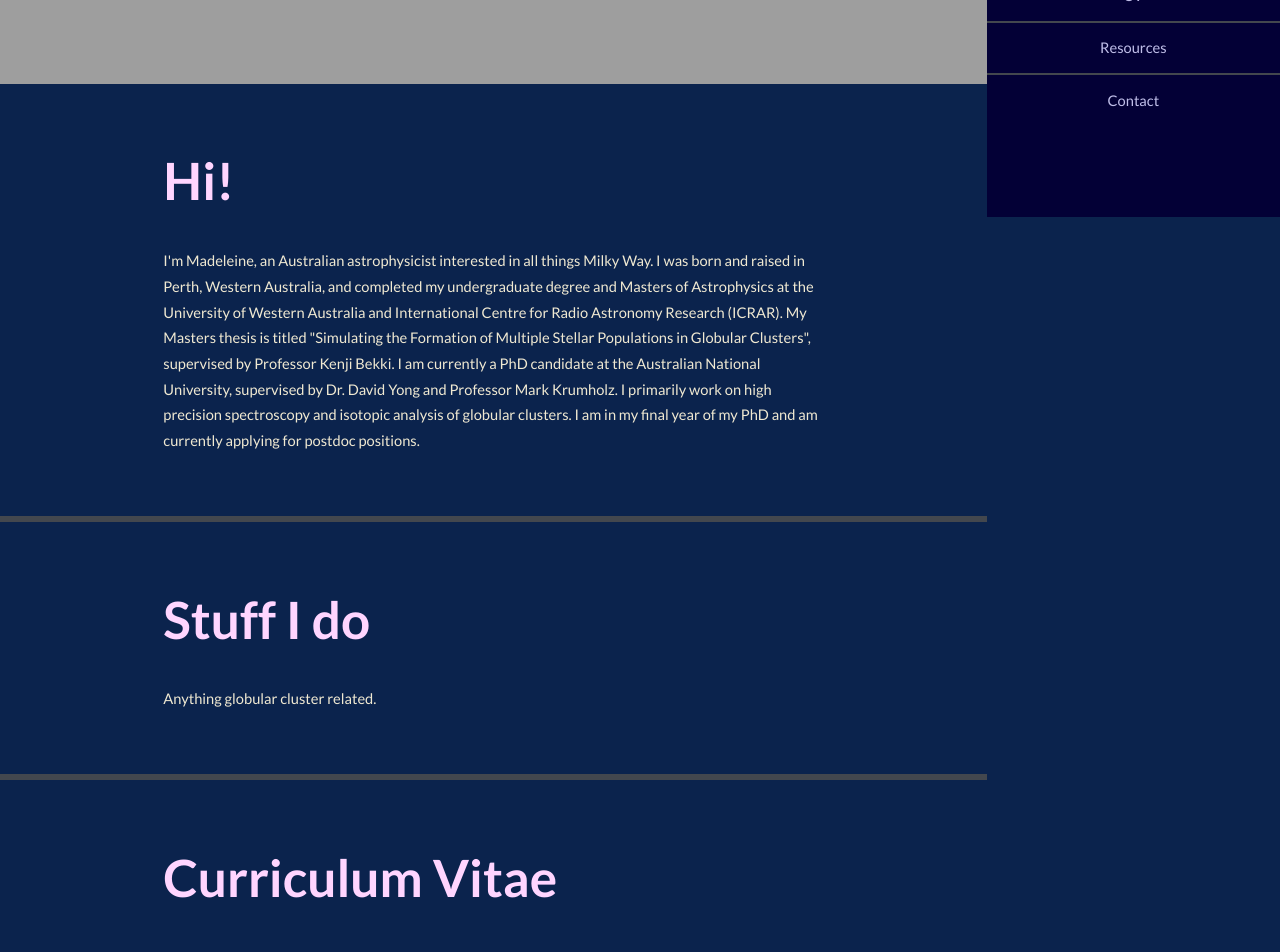
Repository: madeleine-mckenzie/madeleine-mckenzie.github.io
Page: index.html
An editor plug-in stored every save of this project. The page is shown before and after the next save, followed by the edit.
The browser window is 1280 px wide. The pictures show the part of the page from y = 503 to 1455 px (the page is 2424 px tall).
Pictures or frames that could not be fetched are drawn as grey boxes. Backgrounds fixed to the window are drawn as part of the page.

Above is the page before, as saved 2023-11-11 19:34:58.

### index.html
<!DOCTYPE HTML>
<!--
    Read Only by HTML5 UP
    html5up.net | @ajlkn
    Free for personal and commercial use under the CCA 3.0 license (html5up.net/license)
-->
<html>
    <head>
        <title>M. McKenzie</title>
        <meta charset="utf-8" />
        <meta name="viewport" content="width=device-width, initial-scale=1, user-scalable=no" />
        <link rel="stylesheet" href="assets/css/main.css" />
        <style>
            /* Custom style */
            body {
                background: url('images/2023_ANU_3MT_20230727_ANU2022 3.jpg') no-repeat center center fixed;
                background-size: cover;
            }
        </style>
    </head>
    <body class="is-preload">

        <!-- Header -->
        <section id="header">
            <header>
                <!-- Avatar image next to name -->
                <span class="image avatar"><img src="images/IG_DP.jpeg" alt="Madeleine L. McKenzie" /></span>
                <h1>Madeleine L. McKenzie</h1>
                <p>PhD candidate at the Australian National University </p>
                <p> <a href="mailto:madeleine.mckenzie@anu.edu.au">madeleine.mckenzie@anu.edu.au</a></p>
            </header>
            <nav id="nav">
                <ul>
                    <li><a href="#one" class="active">About</a></li>
                    <li><a href="#two">My Work</a></li>
                    <li><a href="#three">CV</a></li>
                    <li><a href="#four">Resources</a></li>
                    <li><a href="#five">Contact</a></li>
                </ul>
            </nav>
        </section>

        <!-- Wrapper -->
        <div id="wrapper">

            <!-- Main -->
            <div id="main">

                <!-- One -->
                <section id="one">
                    <div class="image main" data-position="center">
                        <!-- Top banner image -->
                        <img src="images/2023_ANU_3MT_20230727_ANU2022.jpg" alt="" />
                    </div>
                    <div class="container">
                        <header class="major">
                            <h2>Hi!</h2>
                        </header>
                        <p>I'm Madeleine, an Australian astrophysicist interested in all things Milky Way. I was born and raised in Perth, Western Australia,
                            and completed my undergraduate degree and Masters of Astrophysics at the University of Western Australia and International Centre
                            for Radio Astronomy Research (ICRAR). My Masters thesis is titled "Simulating the Formation of Multiple Stellar Populations in Globular Clusters", supervised
                            by Professor Kenji Bekki. I am currently a PhD candidate at the Australian National University, supervised by Dr. David Yong and Professor Mark Krumholz.
                            I primarily work on high precision spectroscopy and isotopic analysis of globular clusters. I am in my final year of my PhD and am currently applying for postdoc positions.
                        </p>
                    </div>
                </section>

                <!-- Two -->
                <section id="two">
                    <div class="container">
                        <header class="major">
                            <h2>Stuff I do</h2>
                        </header>
                        <p>Anything globular cluster related.</p>
                        <!-- Icons grid here -->
                    </div>
                </section>

                <!-- three -->
                <section id="three">
                    <div class="container">
                        <header class="major">
                            <h2>Curriculum Vitae</h2>
                        </header>
                        <p>For a more compresensive PDF version, please contact me</p>
                        <p>Add in education</p>
                        <!-- Icons grid here -->
                    </div>
                </section>

                 <!-- four -->
                 <section id="four">
                    <div class="container">
                        <header class="major">
                            <h2>Resources & Outreach</h2>
                        </header>
                        <p>For a more compresensive PDF version, please contact me</p>
                        <!-- Icons grid here -->
                    </div>
                </section>

                <!-- Three -->
                <section id="five">
                    <div class="container">
                        <header class="major">
                            <h2>Get in touch</h2>
                        </header>
                        <p>University email: <a href="mailto:madeleine.mckenzie@anu.edu.au">madeleine.mckenzie@anu.edu.au</a></p>
                        <p>Gmail: <a href="mailto:madeleine.l.mckenzie@gmail.com">madeleine.l.mckenzie@gmail.com</a></p>
                        <p>Twitter: <a href="https://twitter.com/MadellanicCloud" target="_blank">@MadellanicCloud</a></p>
                    </div>
                </section>

            </div>

            <!-- Footer -->
            <section id="footer">
                <div class="container">
                    <ul class="icons">
                        <!-- Social media icons here -->
                        <li><a href="#" class="icon brands fa-twitter"><span class="label">Twitter</span></a></li>
                        <li><a href="#" class="icon brands fa-facebook-f"><span class="label">Facebook</span></a></li>
                        <li><a href="#" class="icon brands fa-instagram"><span class="label">Instagram</span></a></li>
                        <li><a href="#" class="icon brands fa-github"><span class="label">Github</span></a></li>
                        <li><a href="#" class="icon solid fa-envelope"><span class="label">Email</span></a></li>
                    </ul>
                    <ul class="copyright">
                        <li>&copy; M. McKenzie</li>
                        <li>Design: <a href="http://html5up.net">HTML5 UP</a></li>
                    </ul>
                </div>
            </section>

        </div>

        <!-- Scripts -->
        <script src="assets/js/jquery.min.js"></script>
        <script src="assets/js/jquery.scrollex.min.js"></script>
        <script src="assets/js/jquery.scrolly.min.js"></script>
        <script src="assets/js/browser.min.js"></script>
        <script src="assets/js/breakpoints.min.js"></script>
        <script src="assets/js/util.js"></script>
        <script src="assets/js/main.js"></script>

    </body>
</html>

Loaded but not shown: assets/js/jquery.min.js (library); assets/js/jquery.scrollex.min.js (common file); assets/js/jquery.scrolly.min.js (common file); assets/js/browser.min.js (common file); assets/js/breakpoints.min.js (common file); assets/css/fontawesome-all.min.css (library); assets/js/util.js (587 lines, source omitted); assets/js/main.js (159 lines, source omitted); assets/css/main.css (3340 lines, source omitted)

After the next save:
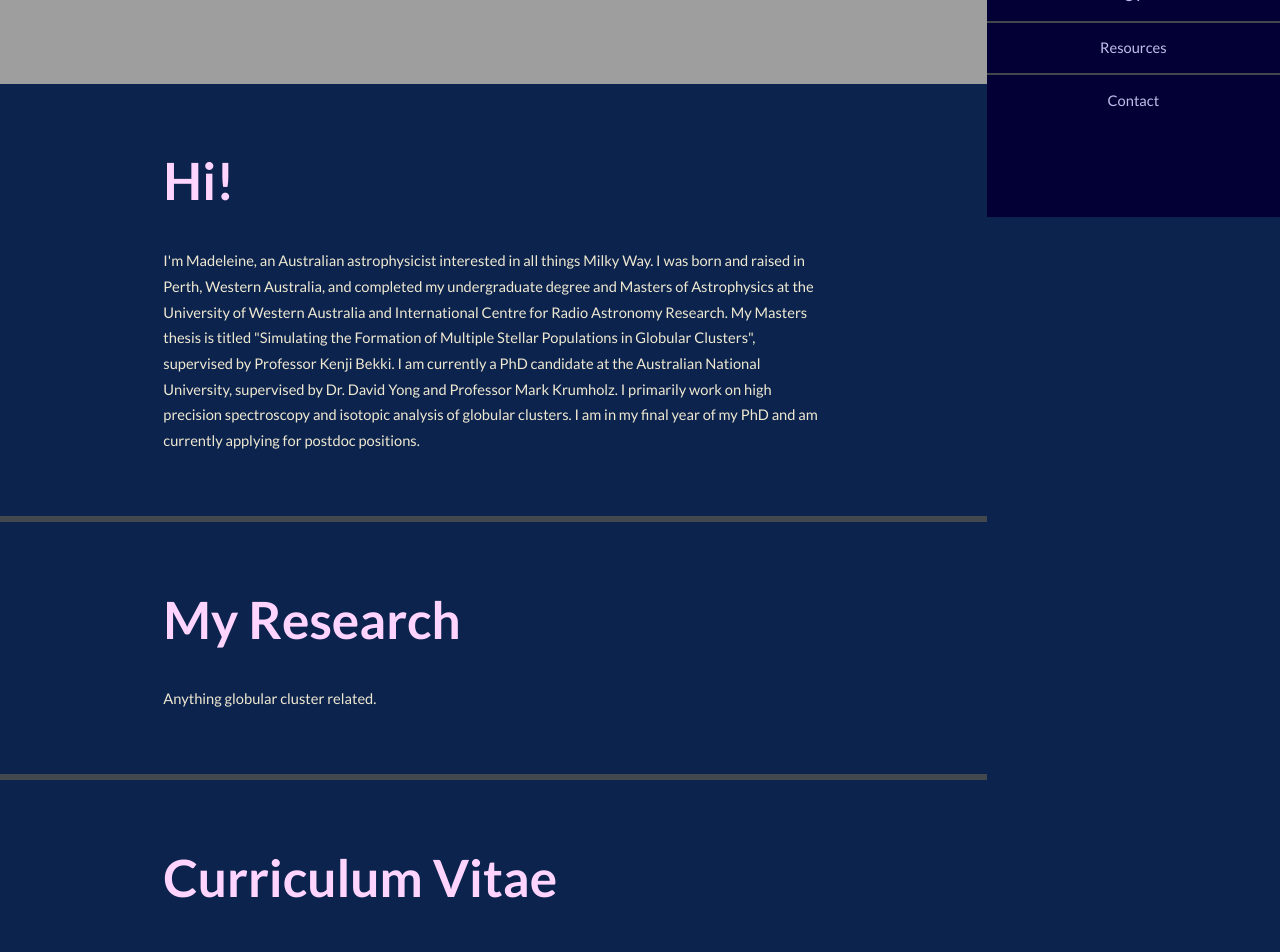
Saved 3 min 20 s later.
--- a/index.html
+++ b/index.html
@@ -58,7 +58,7 @@
                         </header>
                         <p>I'm Madeleine, an Australian astrophysicist interested in all things Milky Way. I was born and raised in Perth, Western Australia,
                             and completed my undergraduate degree and Masters of Astrophysics at the University of Western Australia and International Centre
-                            for Radio Astronomy Research (ICRAR). My Masters thesis is titled "Simulating the Formation of Multiple Stellar Populations in Globular Clusters", supervised
+                            for Radio Astronomy Research. My Masters thesis is titled "Simulating the Formation of Multiple Stellar Populations in Globular Clusters", supervised
                             by Professor Kenji Bekki. I am currently a PhD candidate at the Australian National University, supervised by Dr. David Yong and Professor Mark Krumholz.
                             I primarily work on high precision spectroscopy and isotopic analysis of globular clusters. I am in my final year of my PhD and am currently applying for postdoc positions.
                         </p>
@@ -69,7 +69,7 @@
                 <section id="two">
                     <div class="container">
                         <header class="major">
-                            <h2>Stuff I do</h2>
+                            <h2>My Research</h2>
                         </header>
                         <p>Anything globular cluster related.</p>
                         <!-- Icons grid here -->
